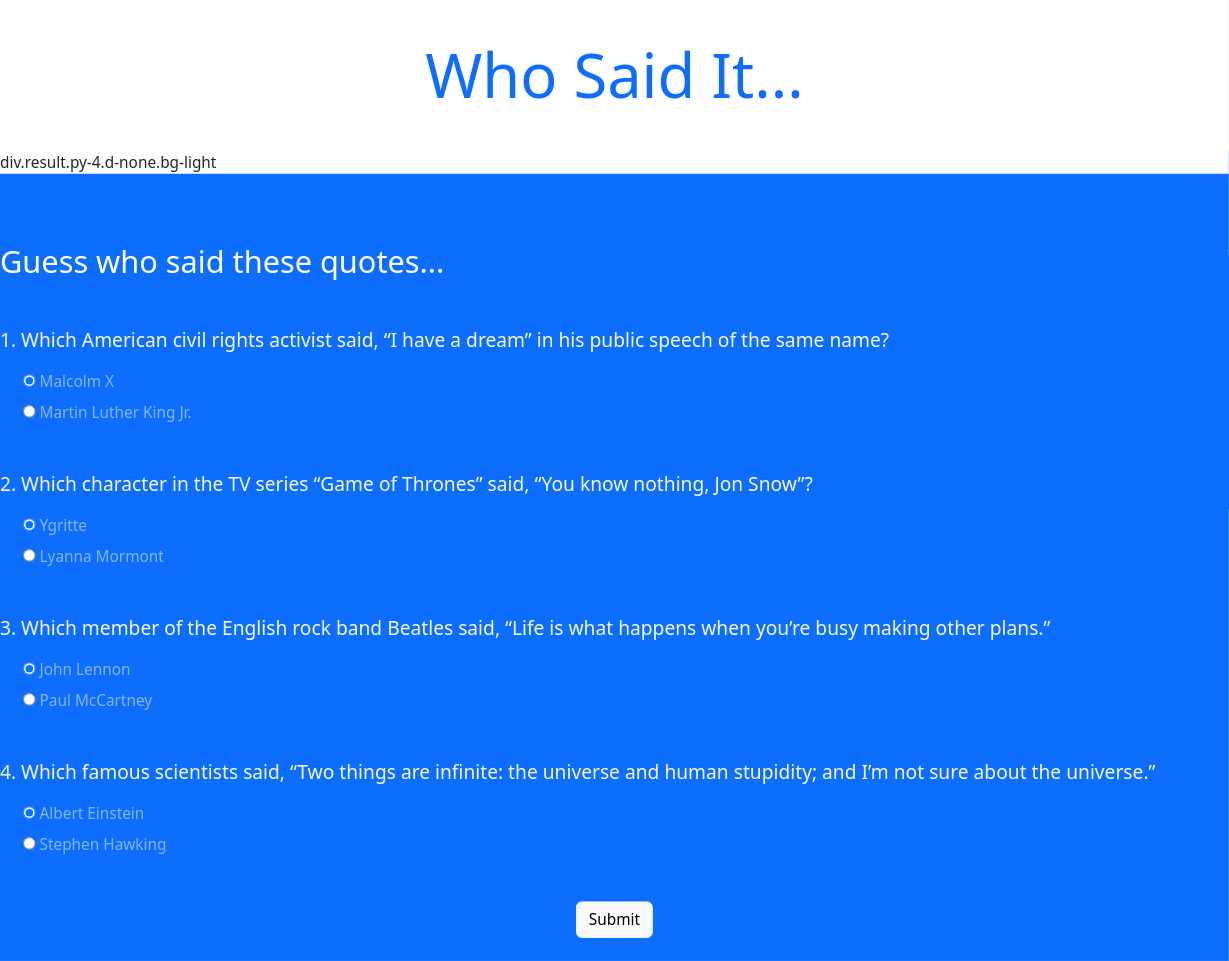
Repository: julihocc/Presentation-02-Forms-with-vanilla-JS
Page: index.html
The author's editor kept a copy of each file at every save. The page is drawn from the files as they stood at one save, then again after a run of saves.
The browser window is 1280 px wide. The pictures show the whole page, at 96% of full size.

Above is the page before, as saved 2022-09-27 14:36:00.

After the next 3 saves:
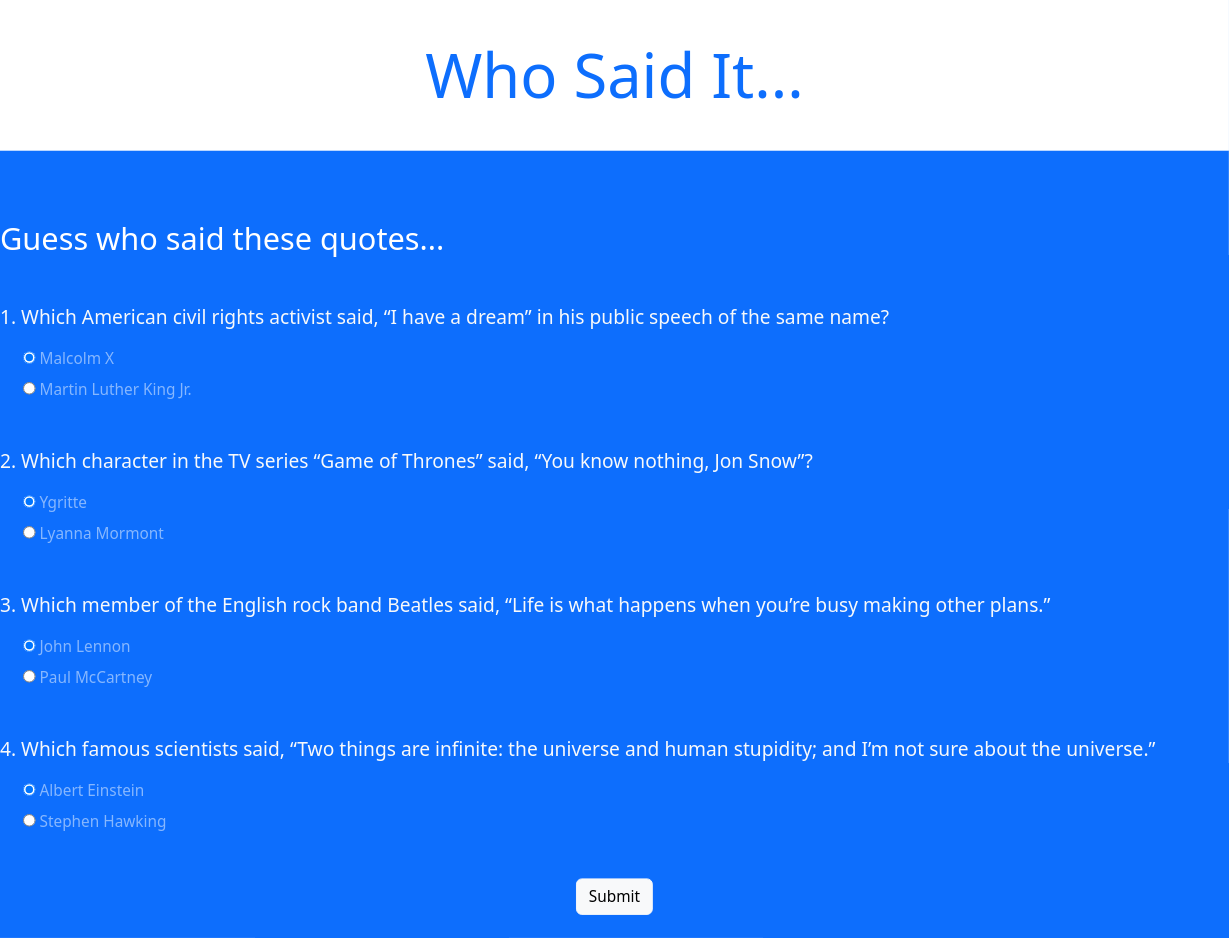
The 3 saves are shown as one change because they came seconds apart.
The last was saved 11 s later.
--- a/index.html
+++ b/index.html
@@ -28,7 +28,9 @@
     </div>
 
     <!-- step 3.1 result section  -->
-    div.result.py-4.d-none.bg-light
+    <div class="result py-4 d-none bg-light text-center">
+
+    </div>
 
     <!-- step 1.4: quiz section -->
     <div class="quiz py-4 bg-primary">
